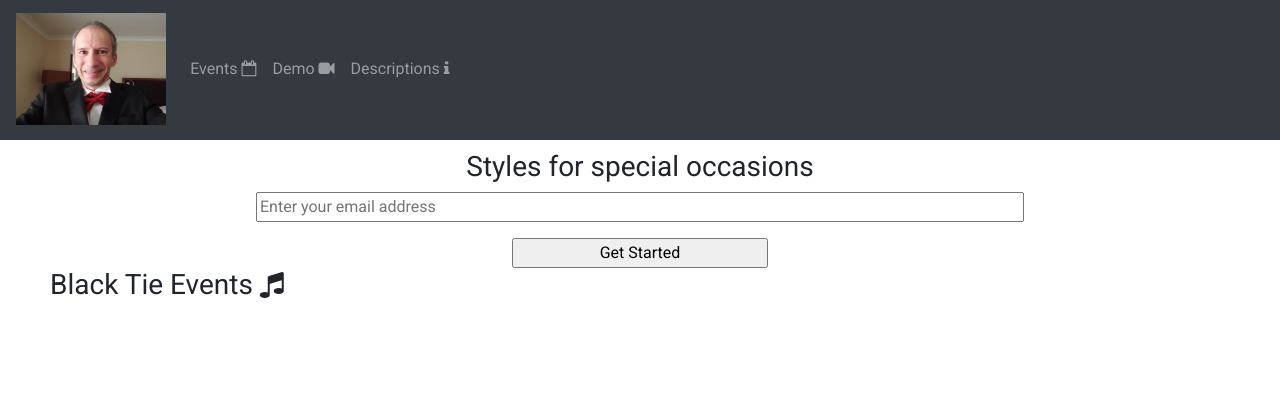
Repository: derektypist/product-landing-page
Page: index.html
The author's editor kept a record of every edit. The page is drawn from the files as they stood at one moment, then again after the next edit.
The browser window is 1280 px wide. The pictures show the whole page.

Above is the page before.
Console error (its wording comes from the project's code and is left out).

### index.html
<!DOCTYPE html>
<html lang="en">

<head>
    <meta charset="UTF-8">
    <meta name="viewport" content="width=device-width, initial-scale=1.0">
    <meta http-equiv="X-UA-Compatible" content="ie=edge">
    <title>Product Landing Page</title>
    <!-- Load Style Sheets -->
    <link rel="stylesheet" href="https://maxcdn.bootstrapcdn.com/bootstrap/4.4.1/css/bootstrap.min.css" integrity="sha384-Vkoo8x4CGsO3+Hhxv8T/Q5PaXtkKtu6ug5TOeNV6gBiFeWPGFN9MuhOf23Q9Ifjh" crossorigin="anonymous">
    <link rel="stylesheet" href="https://maxcdn.bootstrapcdn.com/font-awesome/4.7.0/css/font-awesome.min.css" type="text/css" />
    <link href="https://fonts.googleapis.com/css?family=Roboto&display=swap" rel="stylesheet">
    <style>
        /* Header and Navigation */

        #header {
            font-family: "Roboto", Arial, Verdana, sans-serif;
        }

        #header-img {
            max-height: 112px;
        }

        #nav-bar {
            padding-bottom: 10px;
        }

        /* Form */

        #form {
            padding-top: 150px;
            font-family: "Roboto", Arial, Verdana, sans-serif;
            text-align: center;
            width: 100%;
            display: block;
            margin: auto;
        }

        input {
            width: 60%;
        }

        input[type=submit] {
            width: 20%;
        }

        /* Events */
        #events {
            font-family: "Roboto", Arial, Verdana, sans-serif;
            margin-left: 50px;
        }
    </style>
</head>

<body>
    <!-- Set Up Header -->
    <header id="header">
        <!-- Set Up Navigation with Image -->
        <nav class="navbar navbar-expand navbar-dark bg-dark fixed-top" id="nav-bar">
            <a class="navbar-brand" href="index.html"><img src="derek.JPG" title="Derek Dhammaloka" alt="Derek Dhammaloka" id="header-img"></a>
            <button class="navbar-toggler" type="button" data-toggle="collapse" data-target="navbarSupportedContent" aria-controls="navbarSupportedContent" aria-expanded="false" aria-label="Toggle navigation">
    <span class="navbar-toggler-icon"></span>
  </button>
            <div class="collapse navbar-collapse" id="navbarSupportedContent">
                <ul class="navbar-nav mr-auto">
                    <li class="nav-item">
                        <a class="nav-link" href="#events">Events <i class="fa fa-calendar-o" aria-hidden="true"></i></a>
                    </li>
                    <li class="nav-item">
                        <a class="nav-link" href="#demo">Demo <i class="fa fa-video-camera" aria-hidden="true"></i></a>
                    </li>
                    <li class="nav-item">
                        <a class="nav-link" href="#descriptions">Descriptions <i class="fa fa-info" aria-hidden="true"></i></a>
                    </li>
                </ul>
        </nav>
    </header>

    <!-- Set Up Main Content -->
    <main>
        <!-- Set Up Form -->
        <form id="form">
            <h3>Styles for special occasions</h3>
            <!-- Set Up Email Field -->
            <input type="email" id="email" name="email" placeholder="Enter your email address">
            <p></p>
            <!-- Set Up Submit Button -->
            <input type="submit" id="submit" value="Get Started" onclick="https://www.freecodecamp.com/email-submit">
        </form>
        <section id="events">
            <article>
            <h3>Black Tie Events <i class="fa fa-music" aria-hidden="true"></i></h3>
            <ul></ul>
        </article>
        </section>

        <section id="demo"></section>
        <section id="descriptions"></section>
    </main>
</body>

</html>

After the next edit:
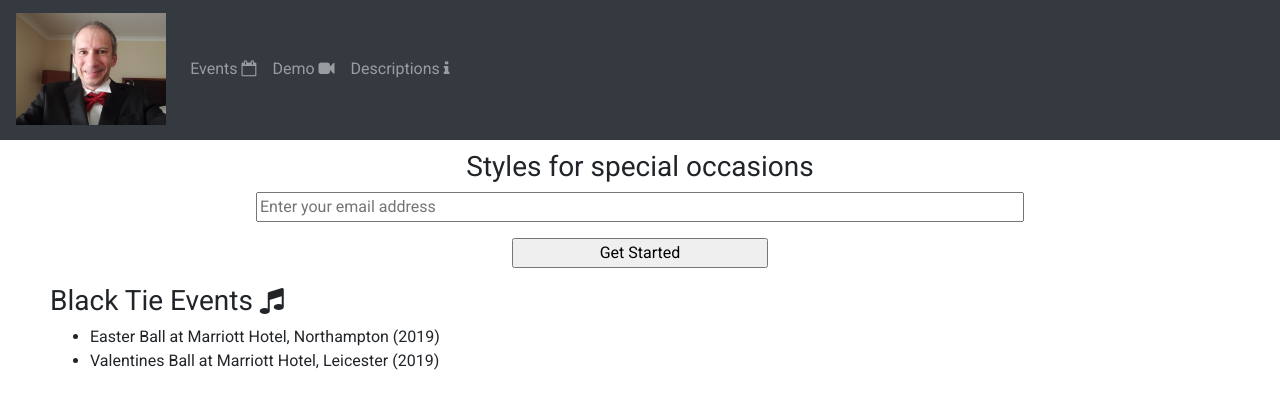
The edit:
--- a/index.html
+++ b/index.html
@@ -45,6 +45,7 @@
         }
 
         /* Events */
+
         #events {
             font-family: "Roboto", Arial, Verdana, sans-serif;
             margin-left: 50px;
@@ -87,11 +88,19 @@
             <!-- Set Up Submit Button -->
             <input type="submit" id="submit" value="Get Started" onclick="https://www.freecodecamp.com/email-submit">
         </form>
+
+        <!-- Provide Section for Events -->
         <section id="events">
+            <!-- Provide Article for Black Tie Events -->
             <article>
-            <h3>Black Tie Events <i class="fa fa-music" aria-hidden="true"></i></h3>
-            <ul></ul>
-        </article>
+                <p></p>
+                <h3>Black Tie Events <i class="fa fa-music" aria-hidden="true"></i></h3>
+                <!-- Provide List Items -->
+                <ul>
+                    <li>Easter Ball at Marriott Hotel, Northampton (2019)</li>
+                    <li>Valentines Ball at Marriott Hotel, Leicester (2019)</li>
+                </ul>
+            </article>
         </section>
 
         <section id="demo"></section>
